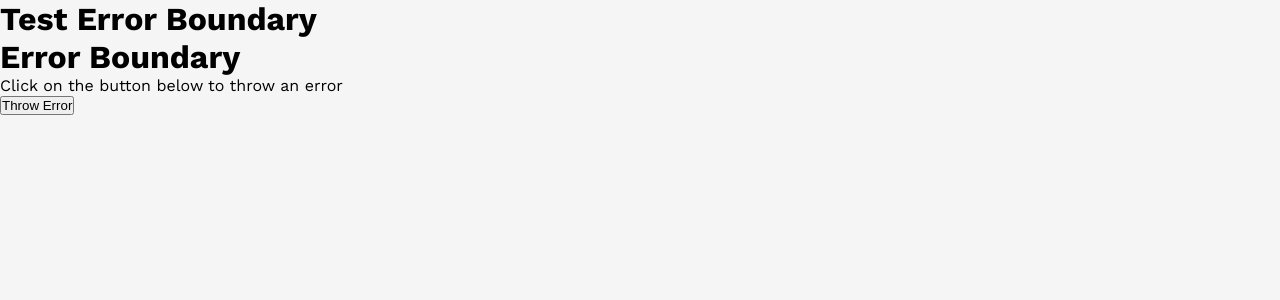
Repository: blessingpeters/myGithub
Page: /errortestpage
The author's editor kept a copy of each file at every save. The page is drawn from the files as they stood at one save, then again after the next save.
The browser window is 1280 px wide. The pictures show the whole page.
The project was rebuilt for these pictures with package versions that can differ from the ones it lists, and the page was loaded fresh each time. Also part of the build but not shown: src/components/Pagination.jsx, src/components/Repos.jsx, src/components/GithubProfile.jsx, src/components/Nav.jsx, src/pages/Home.jsx, src/pages/RepoPage.jsx, src/pages/NotFound.jsx, src/components/ErrorFallback.jsx.

Above is the page before, as saved 2022-11-02 18:25:17.

### src/index.css
@import url('https://fonts.googleapis.com/css2?family=Work+Sans:ital,wght@0,200;0,400;0,500;0,700;1,200;1,400;1,500;1,700&display=swap');
*{
  margin: 0;
  padding: 0;
  box-sizing: border-box;
}
body{
  background: #F5F5F5;
  font-family: 'Work Sans', sans-serif;
}
a {
  text-decoration: none;
}
ul {
  list-style: none;
}
nav{
  margin: 2% 0;
  align-items: center;
}
button {
  cursor: pointer;
}
.container{
  width: 100%;
  max-width: 1300px;
  margin: 0 auto;
  padding: 0 2%;
}
.flex{
  display: flex;
  /* flex-wrap: wrap; */
  justify-content: space-between;
}

.menu {
  color: #002147;
  margin-left:  25px ;
}
#left{
  flex:7;
}
.repo-container {
  display: grid;
  grid-template-columns: repeat(2, 1fr);
  grid-template-rows: repeat(2, 350px);
  grid-gap: 20px;
}
.repo {
  border-radius: 10px;
  background-color: #FAF8FF;
  padding: 15px;
  color: #002147;
  box-shadow: 0 2px 5px rgba(0, 0, 0, 0.1);
  flex-direction: column;
}
.repo-items{
  color: #fff;
  align-items: center;
  font-size: 14px ;
  border-radius: 20px;
  padding: 5px 10px ;
}
.repo-items p{
 margin: 0 5px;
}
.repo-items:nth-child(2n +1){
  background-color: rgba(0, 125, 86, 1);
}
.repo-items:nth-child(2n +2){
  background-color:rgba(127, 215, 123, 1);
}
.repo-items:nth-child(2n +3){
  background-color: rgba(163, 62, 61, 0.6);
}

.repo-items:nth-child(2n +4){
  background-color:rgba(0, 33, 71, 1);
}
.repo-page {
  flex-direction: column;
  display: flex;
  justify-content: center;
  align-items: center;
  /* margin: 20px 0; */
}
.repo-page p, .repo-page a{
  margin: 15px 0;
}
.repo-page button {
  padding: 10px 20px;

}


#right{
  flex:3;
  background-color: #002147;
  padding: 20px;
  color: #F1F1E6;
  border-radius: 10px;
  margin-left: 20px;
  box-shadow: 0 2px 5px rgba(0, 0, 0, 0.5);
}
.profile-img{
  width: 100%;
  /* height: 300px; */
  object-fit: cover;
  border-radius: 10px;
}
.profile-details-cont {
  flex-direction: column;
  margin: 20px 0;
}
.profile-details-cont h2{
  color: #70FACB;
}
.profile-details-cont p{
  margin: 5px 0;
}

.profile-details{
  display: flex;
  align-items: center;
  margin: 12px 0;
}
.profile-details p , .profile-details a{
  margin-left: 10px;
  color: #fff;
}

.pagination {
  display: flex;
  justify-content: center;
  align-items: center;
  gap: 12px;
  margin: 30px 0;
}

.pagination-num {
  display: flex;
  justify-content: center;
  align-items: center;
  gap: 12px;
}

.pagination-child,
.prev,
.next {
  opacity: 1;
  border: 1px solid #A33E3D;
  padding: 8px 10px;
  cursor: pointer;
  border-radius: 7px;
  transition: all 0.3s ease;
  color: #A33E3D;
}
.prev, .next {
  display: flex;
  align-items: center;
}
.prev p, .next p {
  margin: 0 10px;
}

.pagination-child:hover,
.prev:hover,
.next:hover {
  transform: scale(1.07);
}

.disabled {
  display: flex;
  align-items: center;
  opacity: 0.05;
  cursor: not-allowed;
}


@media (max-width: 990px){
  .container {
    padding: 0 5%;
    max-width: 900px;
  }
  .repo-container {
    grid-template-columns:  1fr;
    grid-template-rows: repeat(4, 350px);
  }
  #right{
    flex: 1;

  }
  #left{
    flex: 1;
  }

}

@media (max-width: 768px){
  .container {
    padding: 0 5%;
    max-width: 500px;
  }
  nav {
    justify-content: center;
  }
  .menu {

    margin-left: 7px ;
  }
  .main{
    flex-direction: column-reverse;
  }

  #right{
    flex:3;
    background-color: #002147;
    padding: 20px;
    color: #F1F1E6;
    border-radius: 10px;
    margin: 20px 0;
    box-shadow: 0 2px 5px rgba(0, 0, 0, 0.5);
  }

}

### src/App.js
import { BrowserRouter as Router, Routes, Route, Navigate } from "react-router-dom";
import Home from "./pages/Home"
import RepoPage from "./pages/RepoPage";
import NotFound from "./pages/NotFound";
import ErrorTestPage from "./pages/ErrorTestPage"


function App() {
  return (
    <Router>
      <Routes>
        <Route path="/" element={<Home />}>
          <Route path="/repo/:id" element={<RepoPage/>} />
        </Route>
        <Route path="/errortestpage" element={<ErrorTestPage />}/>
        <Route path="/not-found" element={<NotFound />} />
        <Route path="*" element={<Navigate to="/not-found" />} />
      </Routes>
    </Router>
  );
}

export default App;

### src/pages/ErrorTestPage.jsx
import React from 'react';
import { ErrorBoundary } from 'react-error-boundary'
import ErrorFallback from "../components/ErrorFallback";

function ErrorTest (){
    return (
        <ErrorBoundary FallbackComponent={ErrorFallback}>
            <div>
                <h1>Test Error Boundary</h1>
                <h1>Error Boundary</h1>
                <p>Click on the button below to throw an error</p>
                <button onClick={() => { throw new Error('Error thrown from the button') }}>Throw Error</button>
            </div>
        </ErrorBoundary>
    )
}
export default ErrorTest

Loaded but not shown: public/index.html (common file); src/index.js (common file); src/reportWebVitals.js (common file)

After the next save:
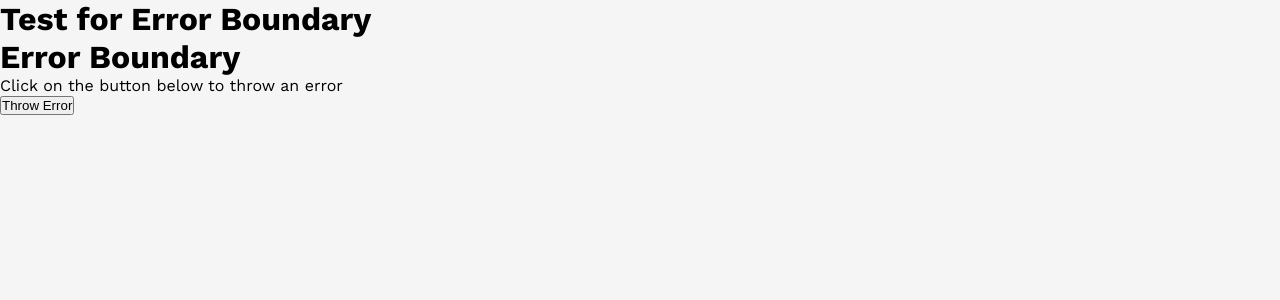
Saved 17 s later.
--- a/src/pages/ErrorTestPage.jsx
+++ b/src/pages/ErrorTestPage.jsx
@@ -6,7 +6,7 @@ function ErrorTest (){
     return (
         <ErrorBoundary FallbackComponent={ErrorFallback}>
             <div>
-                <h1>Test Error Boundary</h1>
+                <h1>Test for Error Boundary</h1>
                 <h1>Error Boundary</h1>
                 <p>Click on the button below to throw an error</p>
                 <button onClick={() => { throw new Error('Error thrown from the button') }}>Throw Error</button>
